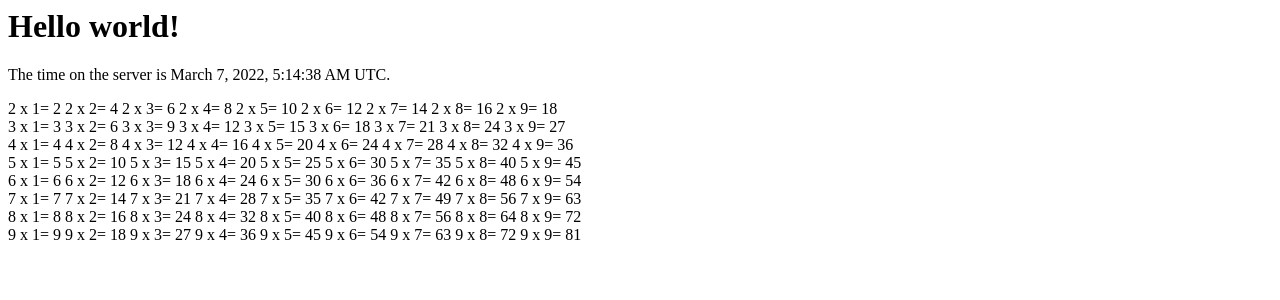
Repository: qkrgnsgml/springAtCollege
Page: http://localhost/Hello/
An editor plug-in stored every save of this project. The page is shown before and after the next save, followed by the edit.
The browser window is 1280 px wide. The pictures show the whole page.
The page is served by Tomcat 9. The template is opened directly, without the code that normally fills it, so the values that code supplies are empty.

Above is the page before, as saved 2022-03-07 05:18:09.

After the next save:
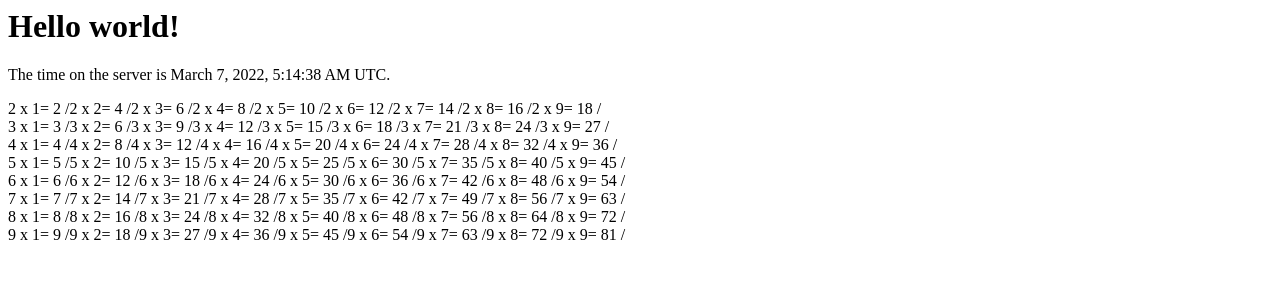
Saved 6 s later.
--- a/Hello/src/main/webapp/WEB-INF/views/home.jsp
+++ b/Hello/src/main/webapp/WEB-INF/views/home.jsp
@@ -15,7 +15,7 @@
 
 	for(int i =2; i<10;i++){
 		for(int j=1;j<10;j++){
-			out.print(i+" x "+j+"= "+i*j +" ");
+			out.print(i+" x "+j+"= "+i*j +" /");
 		}
 		out.print("<br>");
 	}
